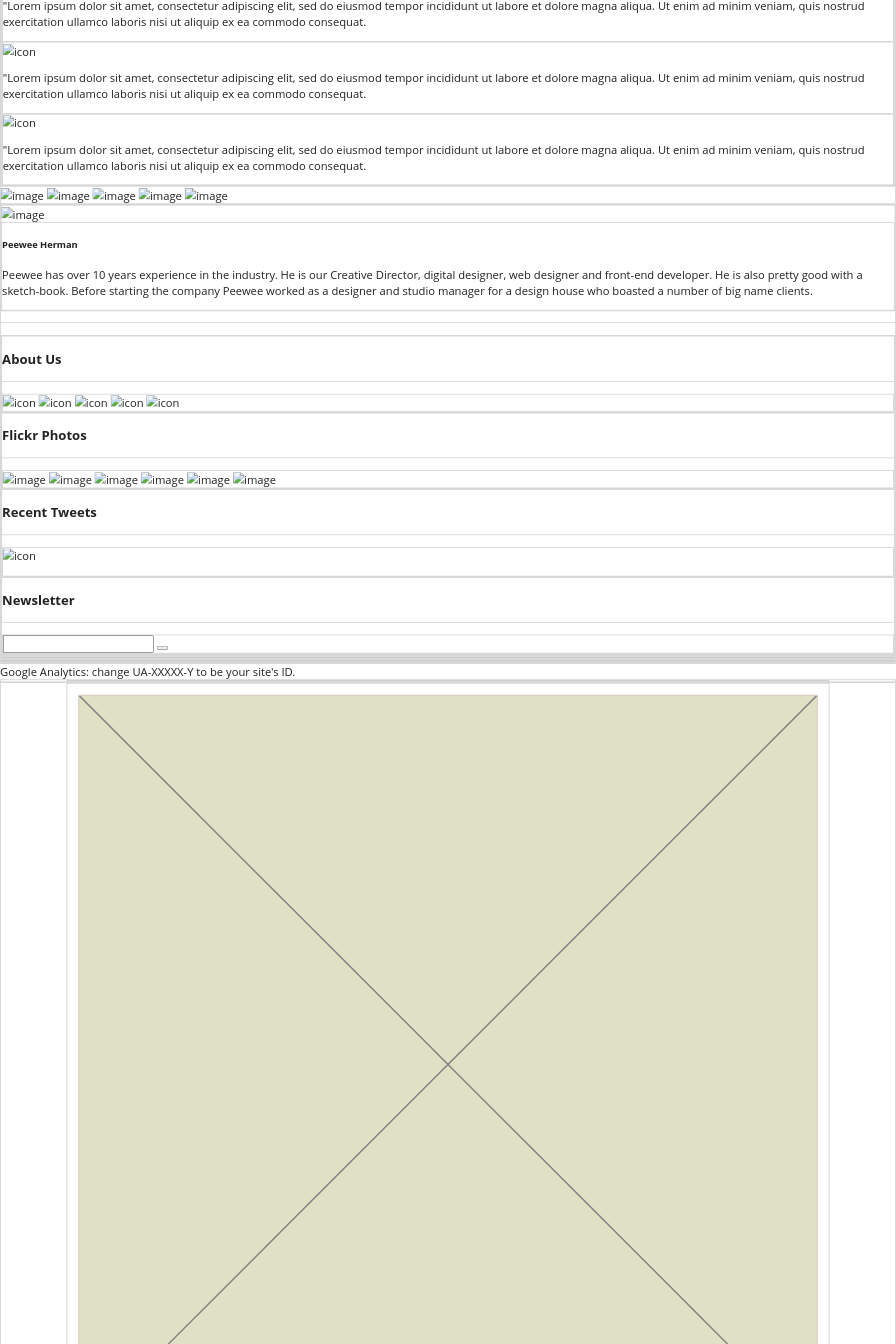
Repository: eilidhma/metrolics
Page: index.html
The author's editor kept a copy of each file at every save. The page is drawn from the files as they stood at one save, then again after a run of saves.
The browser window is 1280 px wide. The pictures show the part of the page from y = 3742 to 5662 px (the page is 8085 px tall), at 70% of full size.

Above is the page before, as saved 2021-02-02 17:46:35.

After the next 4 saves:
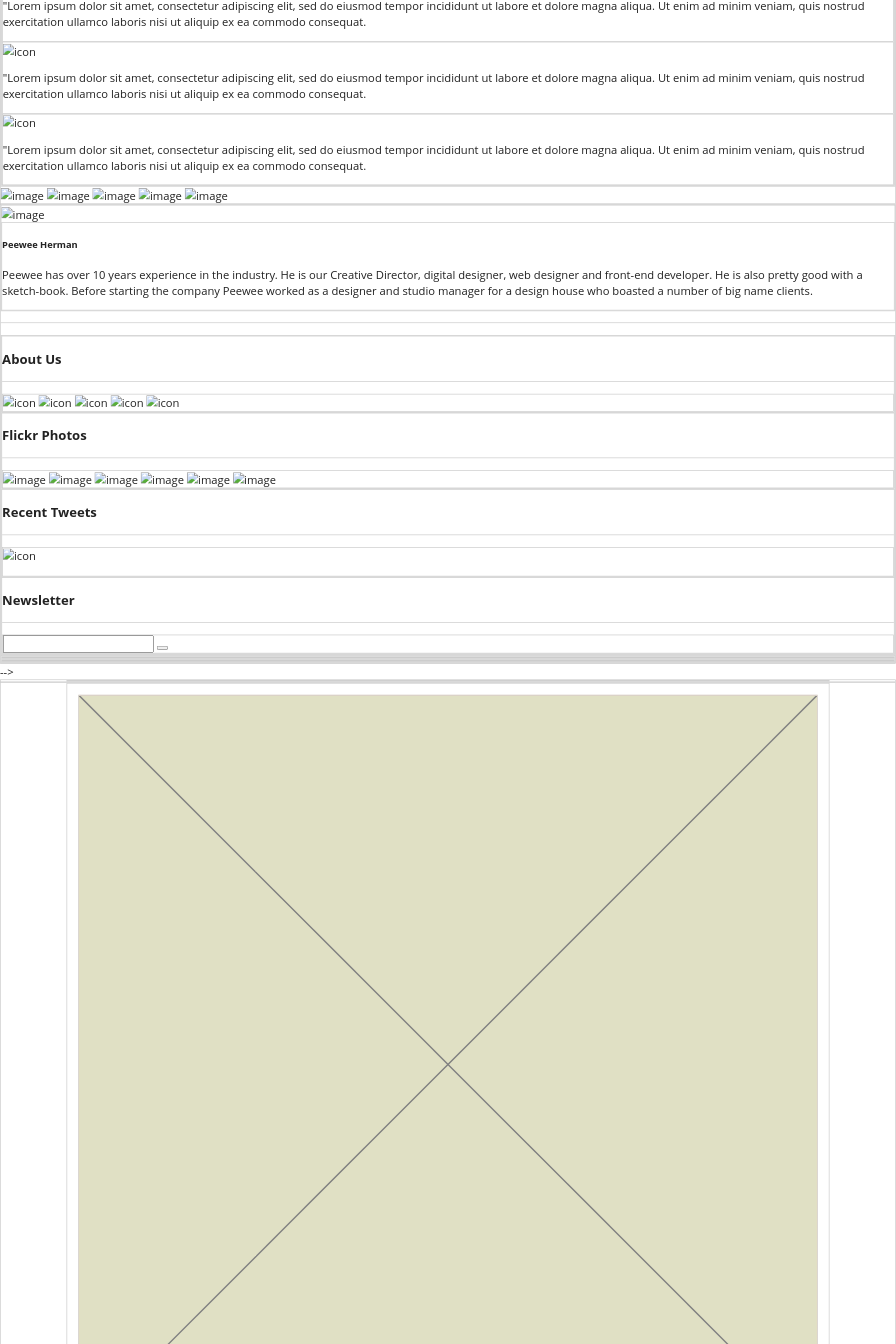
The 4 saves are shown as one change because they came seconds apart.
The last was saved 10 s later.
--- a/index.html
+++ b/index.html
@@ -318,11 +318,11 @@
     </section>
   </footer>
 
-  <!-- <script src="js/vendor/modernizr-3.11.2.min.js"></script>
+  <script src="js/vendor/modernizr-3.11.2.min.js"></script>
   <script src="js/plugins.js"></script>
   <script src="js/main.js"></script>-->
 
-  Google Analytics: change UA-XXXXX-Y to be your site's ID.
+  <!-- Google Analytics: change UA-XXXXX-Y to be your site's ID.  -->
   <script>
     window.ga = function () { ga.q.push(arguments) }; ga.q = []; ga.l = +new Date;
     ga('create', 'UA-XXXXX-Y', 'auto'); ga('set', 'anonymizeIp', true); ga('set', 'transport', 'beacon'); ga('send', 'pageview')
